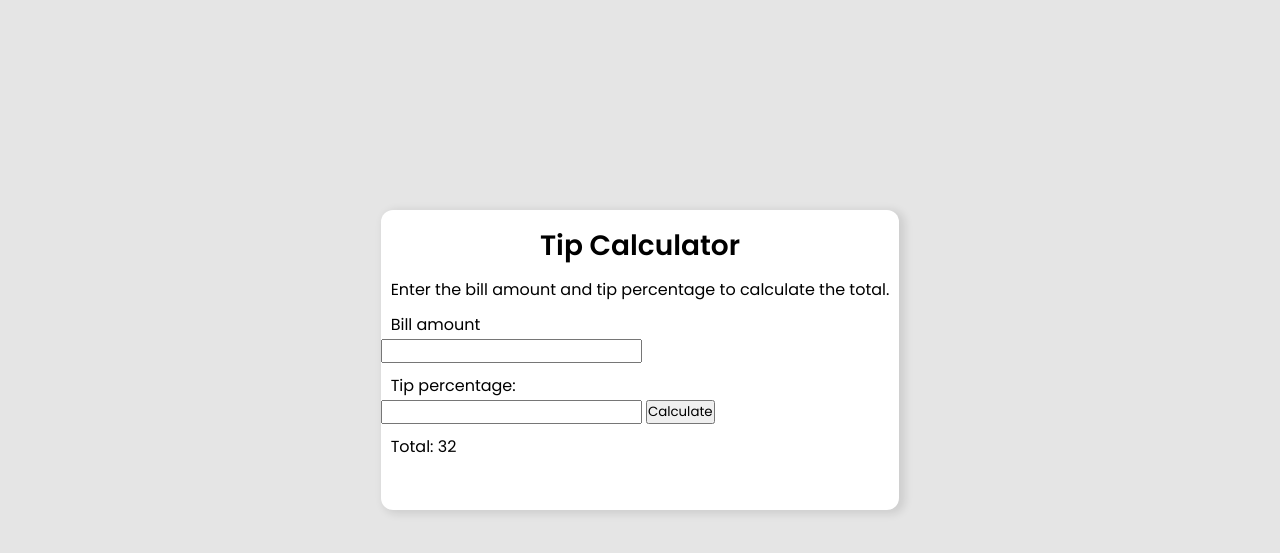
Repository: Ankitkr2021/Tip-Calculator
Page: index.html
The author's editor kept a copy of each file at every save. The page is drawn from the files as they stood at one save, then again after the next save.
The browser window is 1280 px wide. The pictures show the whole page.

Above is the page before, as saved 2025-10-27 10:53:15.

After the next save:
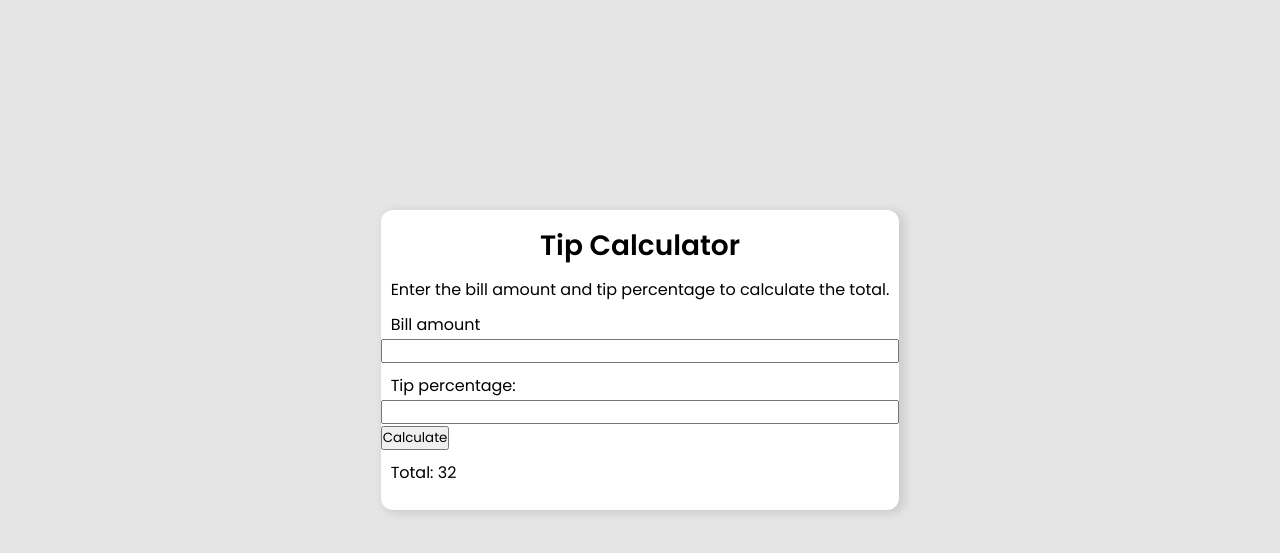
Saved 6 s later.
--- a/style.css
+++ b/style.css
@@ -35,5 +35,5 @@ p{
 }
 
 input {
-    width: fit-content;
+    width: 100%;
 }
